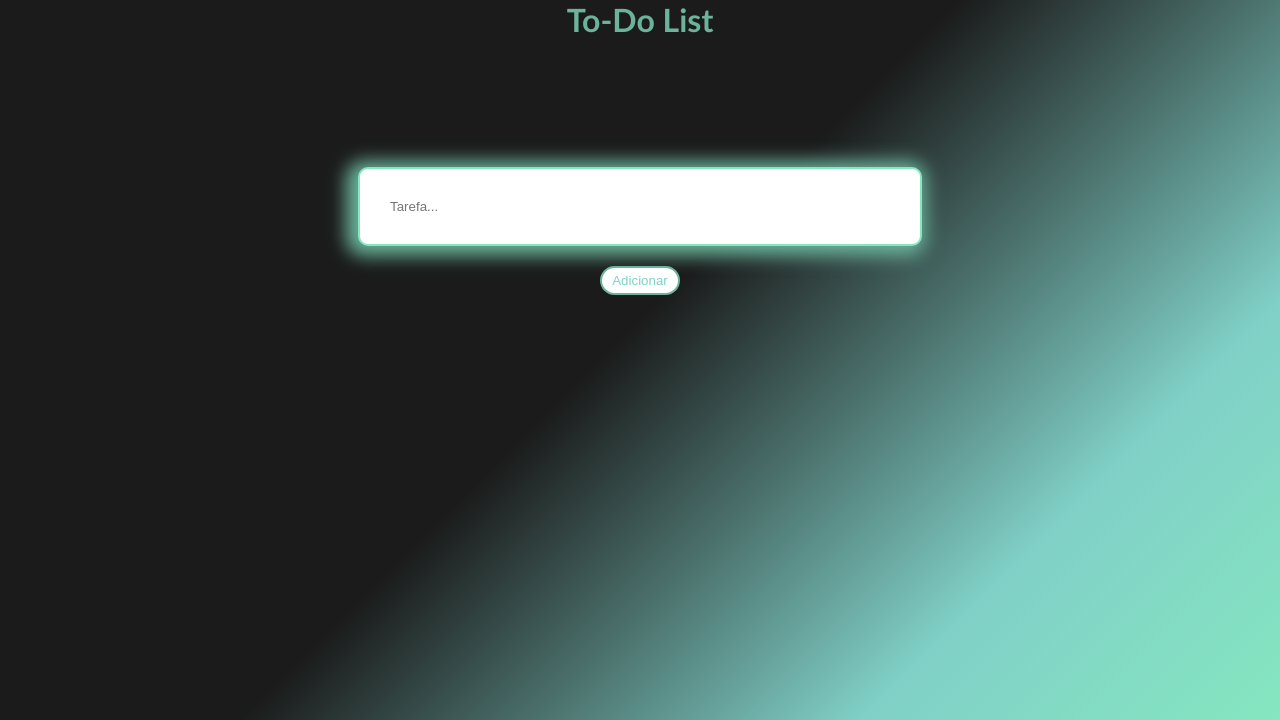
Repository: PetersonAntonyDev/python-flask-
Page: index.html
The author's editor kept a copy of each file at every save. The page is drawn from the files as they stood at one save, then again after the next save.
The browser window is 1280 px wide. The pictures show the whole page.
The pointer rests on the first visible `.add`.

Above is the page before, as saved 2022-07-26 10:40:47.

After the next save:
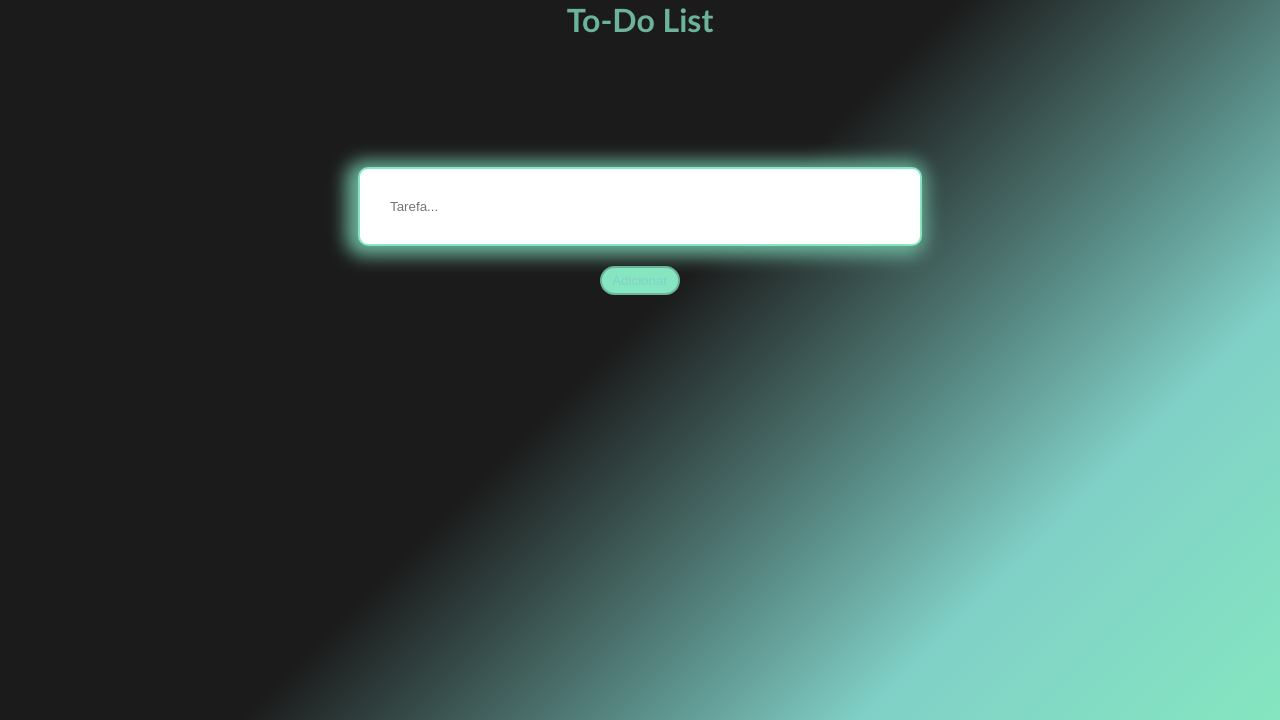
Saved 11 s later.
--- a/style.css
+++ b/style.css
@@ -48,5 +48,5 @@ form {
 }
 
 .add:hover {
-
+    background-color: #85e6c0;
 }
